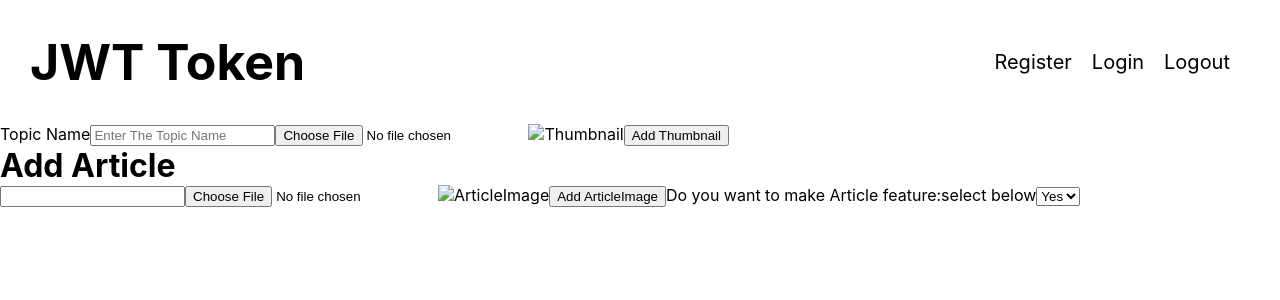
Repository: Prafullkuma/jwttoken
Page: /admin
These files come from the project's save history. The page is drawn as it stood at one moment and after the next save; the edit follows.
The browser window is 1280 px wide. The pictures show the whole page.
The project was rebuilt for these pictures with package versions that can differ from the ones it lists, and the page was loaded fresh each time. Also part of the build but not shown: src/App.css, src/component/Auth/Signup.js, src/component/Auth/Signin.js, src/component/User/User.js, src/component/Admin/Dashboard.css, src/component/Home/Home.js, src/component/Auth/Logout.js.

Above is the page before, as saved 2020-08-22 21:37:01.

After the next save:
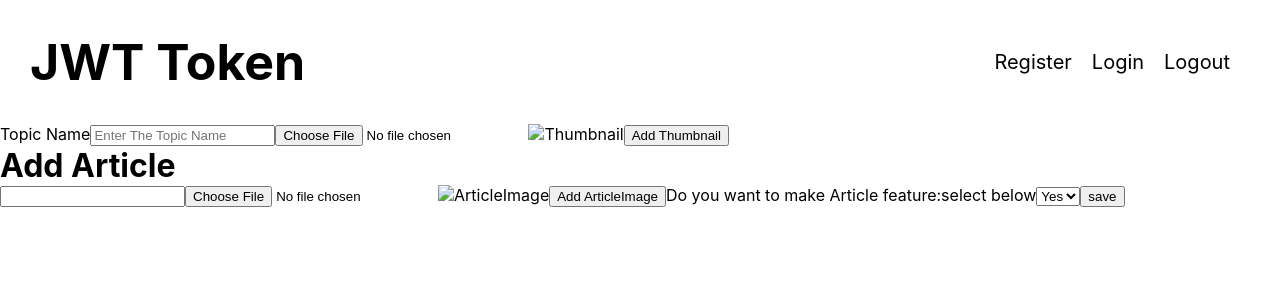
Saved 65 s later.
--- a/src/component/Admin/Dashboard.js
+++ b/src/component/Admin/Dashboard.js
@@ -44,6 +44,8 @@ function Dashboard() {
                     <option selected value="yes">Yes</option>
                     <option value="no">No</option>
                 </select>
+
+                <button type="submit"> save</button>
             </div>
 
 
